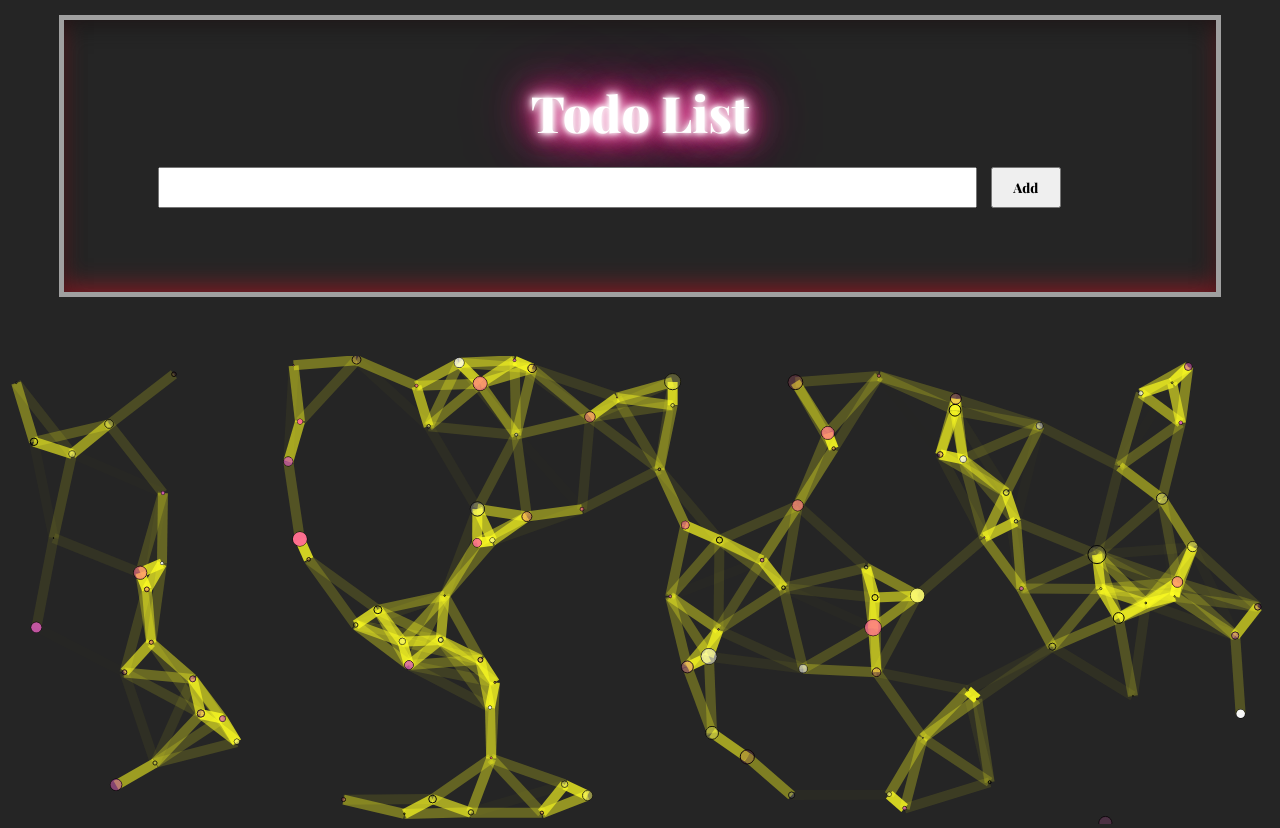
Repository: TENSAEA/----todo
Page: index.html
The author's editor kept a copy of each file at every save. The page is drawn from the files as they stood at one save, then again after the next save.
The browser window is 1280 px wide. The pictures show the whole page.
Some web fonts or font styles are not loaded; a fallback is used.

Above is the page before, as saved 2023-10-25 14:22:44.

### index.html
<!DOCTYPE html>
<html lang="en">
  <head>
    <meta charset="UTF-8" />
    <meta name="viewport" content="width=device-width, initial-scale=1.0" />
    <title>TodoList</title>
    <link rel="stylesheet" href="style.css" />
  </head>
  <body>
    <div id="particle">
      <div class="container">
        <h1>Todo List</h1>
        <br />
        <div class="header">
          <form class="form">
            <input type="text" id="add" />
            <label for="add"><button id="addBtn">Add</button></label>
          </form>
        </div>
        <div class="list-div">
          <!-- <div class="list-hide">
          <ul class="list">
            <li>
              <input class="list-text" type="text" id="edit" readonly />
              <label for="edit">
                <button class="edit">Edit</button
                ><button class="delete">Delete</button>
              </label>
            </li>
          </ul>
        </div> -->
        </div>
      </div>
    </div>
    <script src="particles.js"></script>
    <script src="https://cdn.jsdelivr.net/npm/particles.js@2.0.0/particles.min.js"></script>
    <script src="script.js"></script>
  </body>
</html>

### style.css
@import url('https://fonts.googleapis.com/css2?family=Bungee+Spice&family=Playfair+Display:wght@800&display=swap');

*{
   box-sizing:border-box;
   margin:0;
   padding:0;
   font-family: 'Bungee Spice', sans-serif;
font-family: 'Playfair Display', serif;}
body{
    background-color: #252525;
}

#particle{
    position: absolute;
      top: 0;
      left: 0;
      width: 100%;
      height: 65%;
      z-index: 2;

}

.container{
    -webkit-box-shadow: 0px 0px 0px 5px #A0A0A0, inset 0px 10px 27px -8px #141414, inset 0px -10px 27px -8px #A31925, 5px 5px 15px 5px rgba(0,0,0,0);
box-shadow: 0px 0px 0px 5px #A0A0A0, inset 0px 10px 27px -8px #141414, inset 0px -10px 27px -8px #A31925, 5px 5px 15px 5px rgba(0,0,0,0);
    display: flex;
    flex-direction: column;
    padding: 5%;
    margin:5%;
    margin-top:20px;
}

.container h1{
    margin-top:-5px;
    font-size:50px;
    text-align:center;
    color: #FFFFFF;
text-shadow: #FFF 0px 0px 5px, #FFF 0px 0px 10px, #FFF 0px 0px 15px, #FF2D95 0px 0px 20px, #FF2D95 0px 0px 30px, #FF2D95 0px 0px 40px, #FF2D95 0px 0px 50px, #FF2D95 0px 0px 75px;
color: #FFFFFF;


}

.header{
    padding-bottom: 20px;
}

#add{
    padding: 10px;
    width:80%;
    margin-left:30px;
}
.form label button{
    padding:10px;
    width:70px;
    margin-left:10px;
    cursor: pointer;
}

.list{
    padding-bottom: 20px;
}

.list li{
    list-style-type: none;
}

.list-div .list li .list-text{
    padding: 10px;
    width:60%;
    margin-left:60px;
}
.edit,.delete{
    padding:10px;
    width:70px;
    margin-left:10px;
    cursor: pointer;
}

@media (max-width:636px){
    .form label button{
        padding:10px;
        width:70px;
        margin:3% 40%;
        cursor: pointer;
    }
    .edit,.delete{
        padding:10px;
        width:70px;
        margin:2% 38%;
        cursor: pointer;
    }
    }

### particles.js
var config = {
  particles: {
    number: {
      value: 150,

      density: {
        enable: true,
        value_area: 786,
      },
    },
    color: {
      value: ["#ffffff", "#FF6F91", "#F9F871", "#D65DB1"],
    },
    shape: {
      type: "circle",
      stroke: {
        width: 1,
        color: "#000000",
      },
      polygon: {
        nb_sides: 12,
      },
      image: {
        src: "",
        width: 100,
        height: 100,
      },
    },
    opacity: {
      value: 1,
      random: true,
      anim: {
        enable: true,
        speed: 1,
        opacity_min: 0,
        sync: false,
      },
    },
    size: {
      value: 10,
      random: true,
      anim: {
        enable: true,
        speed: 3,
        size_min: 0.3,
        sync: false,
      },
    },
    line_linked: {
      enable: true,
      distance: 100,
      color: "#ff2",
      opacity: 1,
      width: 10,
    },
    move: {
      enable: true,
      speed: 1.3,
      direction: "top",
      random: true,
      straight: true,
      out_mode: "out",
      bounce: false,
      attract: {
        enable: true,
        rotateX: 2082.2488,
        rotateY: 3363.6328,
      },
    },
  },
  interactivity: {
    detect_on: "canvas",
    events: {
      onhover: {
        enable: true,
        mode: "grab",
      },
      onclick: {
        enable: true,
        mode: "repulse",
      },
      resize: true,
    },
    modes: {
      grab: {
        distance: 70,
        line_linked: {
          opacity: 0.5,
        },
      },
      bubble: {
        distance: 100,
        size: 5,
        duration: 8.598243,
        opacity: 0,
        speed: 3,
      },
      repulse: {
        distance: 150,
        duration: 0.8,
      },
      push: {
        particles_nb: 4,
      },
      remove: {
        particles_nb: 2,
      },
    },
  },
  retina_detect: true,
};

window.onload = function () {
  let clause = window.innerWidth < 768;
  config.particles.number.value = clause ? 80 : 150;
  particlesJS("particle", config);
};

### script.js
window.addEventListener("load", () => {
  let addInput = document.getElementById("add");
  let addBtn = document.getElementById("addBtn");

  addBtn.addEventListener("click", (e) => {
    e.preventDefault();
    console.log("clicked");
    let list = document.querySelector(".list-div");
    let ul = document.createElement("ul");
    ul.classList.add("list");
    let li = document.createElement("li");
    ul.appendChild(li);
    let input = document.createElement("input");
    input.classList.add("list-text");
    input.type = "text";
    input.id = "edit";
    input.setAttribute("readonly", "readonly");
    input.value = addInput.value;
    li.appendChild(input);

    let label = document.createElement("label");
    label.setAttribute("for", "edit");
    li.appendChild(label);
    let buttonOne = document.createElement("button");
    buttonOne.classList.add("edit");
    buttonOne.textContent = "Edit";
    label.appendChild(buttonOne);
    let buttonTwo = document.createElement("button");
    buttonTwo.classList.add("delete");
    buttonTwo.textContent = "Delete";
    label.appendChild(buttonTwo);

    let listHide = document.createElement("div");
    listHide.classList.add("list-hide");

    listHide.appendChild(ul);
    list.appendChild(listHide);

    buttonOne.addEventListener("click", () => {
      if (buttonOne.textContent.toLowerCase() == "edit") {
        input.removeAttribute("readonly");
        buttonOne.textContent = "Save";
        input.focus();
      } else {
        input.setAttribute("readonly", "readonly");
        buttonOne.textContent = "Edit";
      }
    });

    buttonTwo.addEventListener("click", () => {
      list.removeChild(listHide);
    });
  });
});

After the next save:
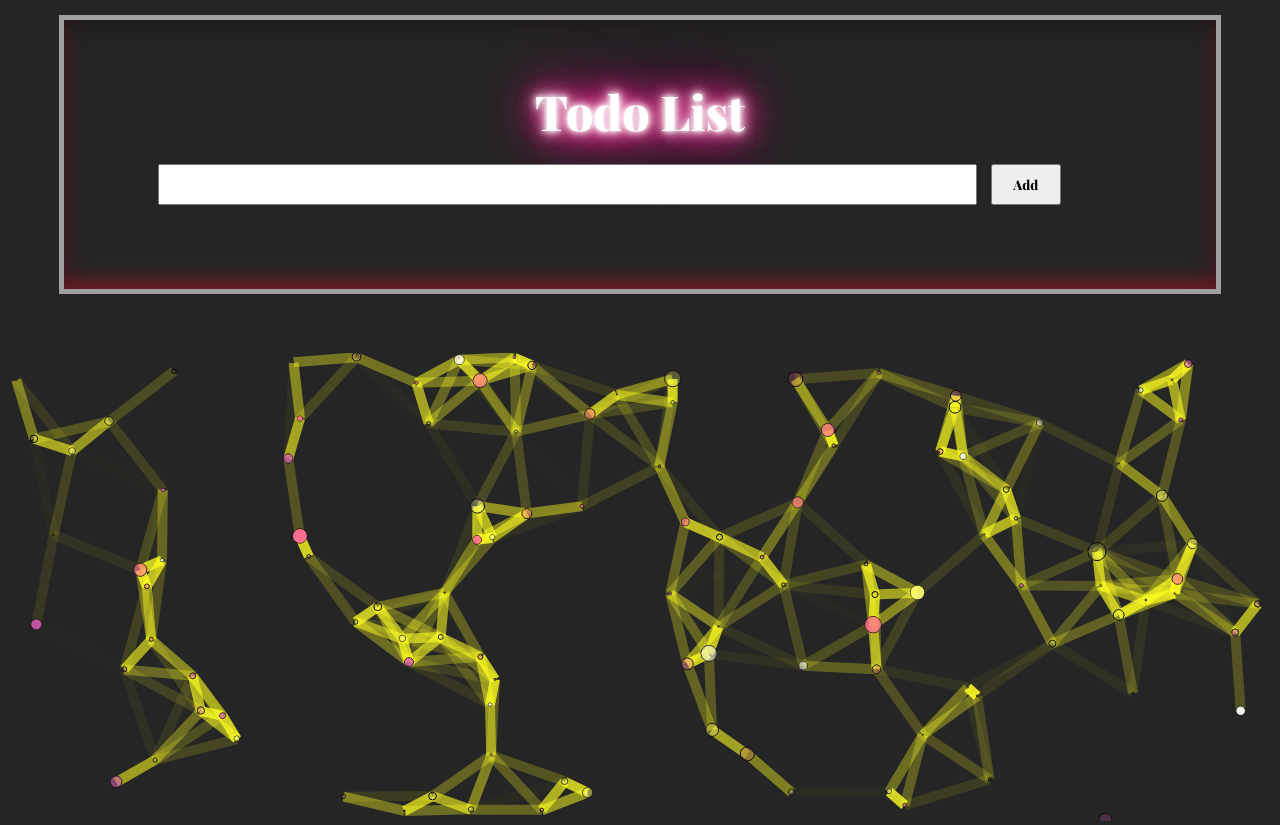
Saved 71 s later.
--- a/style.css
+++ b/style.css
@@ -32,7 +32,7 @@ box-shadow: 0px 0px 0px 5px #A0A0A0, inset 0px 10px 27px -8px #141414, inset 0px
 
 .container h1{
     margin-top:-5px;
-    font-size:50px;
+    font-size:3em;
     text-align:center;
     color: #FFFFFF;
 text-shadow: #FFF 0px 0px 5px, #FFF 0px 0px 10px, #FFF 0px 0px 15px, #FF2D95 0px 0px 20px, #FF2D95 0px 0px 30px, #FF2D95 0px 0px 40px, #FF2D95 0px 0px 50px, #FF2D95 0px 0px 75px;
